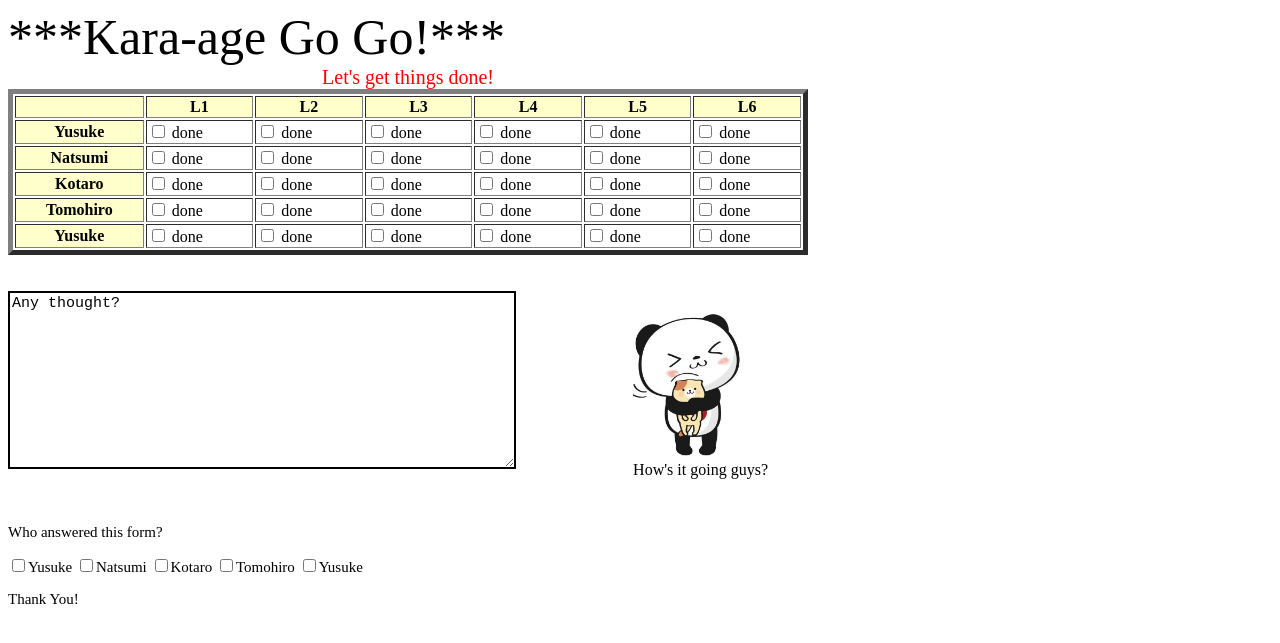
Repository: natsumi-hironaka/micropostsnatsu
Page: tutorials/practice1.html
The author's editor kept a record of every edit. The page is drawn from the files as they stood at one moment, then again after the next edit.
The browser window is 1280 px wide. The pictures show the whole page.

Above is the page before.

### tutorials/practice1.html
<!DOCTYPE html>
<html lang="ja">
    <header>
        ***Kara-age Go Go!***
    </header>
    <body>
    <table border="5">
        <caption>
            Let's get things done!
        </caption>
        <link rel="stylesheet" href="practice.css">
        <tr>
            <th>&nbsp</th>
            <th>L1</th>
            <th>L2</th>
            <th>L3</th>
            <th>L4</th>
            <th>L5</th>
            <th>L6</th>
        </tr>
        <tr>
            <th>Yusuke</th>
            <td><input type="checkbox" value"done"> done </td>
            <td><input type="checkbox" value"done"> done </td>
            <td><input type="checkbox" value"done"> done </td>
            <td><input type="checkbox" value"done"> done </td>
            <td><input type="checkbox" value"done"> done </td>
            <td><input type="checkbox" value"done"> done </td>
        </tr>
        <tr>
            <th>Natsumi</th>
            <td><input type="checkbox" value"done"> done </td>
            <td><input type="checkbox" value"done"> done </td>
            <td><input type="checkbox" value"done"> done </td>
            <td><input type="checkbox" value"done"> done </td>
            <td><input type="checkbox" value"done"> done </td>
            <td><input type="checkbox" value"done"> done </td>

        </tr>
        <tr>
            <th>Kotaro</th>
            <td><input type="checkbox" value"done"> done </td>
            <td><input type="checkbox" value"done"> done </td>
            <td><input type="checkbox" value"done"> done </td>
            <td><input type="checkbox" value"done"> done </td>
            <td><input type="checkbox" value"done"> done </td>
            <td><input type="checkbox" value"done"> done </td>
        </tr>
        <tr>
            <th>Tomohiro</th>
            <td><input type="checkbox" value"done"> done </td>
            <td><input type="checkbox" value"done"> done </td>
            <td><input type="checkbox" value"done"> done </td>
            <td><input type="checkbox" value"done"> done </td>
            <td><input type="checkbox" value"done"> done </td>
            <td><input type="checkbox" value"done"> done </td>
        </tr>
        <tr>
            <th>Yusuke</th>
            <td><input type="checkbox" value"done"> done </td>
            <td><input type="checkbox" value"done"> done </td>
            <td><input type="checkbox" value"done"> done </td>
            <td><input type="checkbox" value"done"> done </td>
            <td><input type="checkbox" value"done"> done </td>
            <td><input type="checkbox" value"done"> done </td>
        </tr>
    </table>
        <br>
        <br>
    <textarea rows="10" cols="60"　border-style:double;>Any thought?</textarea>
    <figure>
        <img src="rakuten karaage.jpg" width=110px height=150px>
        <figcaption>How's it going guys?</figcaption>
    </figure>
        <br>
        <br>
        <br>
    <p>
        Who answered this form?
    </p>
    <p>
        <input type="checkbox">Yusuke
        <input type="checkbox">Natsumi
        <input type="checkbox">Kotaro
        <input type="checkbox">Tomohiro
        <input type="checkbox">Yusuke
    </p>
    <p>
        Thank You!
    </p>
    </body>

### tutorials/practice.css
@charset "UTF-8";

caption {
    color: red;
    font-size: 20px;
}

th {
    background-color: #ffffcc;
}

textarea {
    border: 2px black double;
}

figure {
    float: right;
}

textarea {
    font-size: 15px;
}

p {
    font-size: 15px;
}

body {
    width: 800px;
}

table {
    width: 800px;
}

textarea {
    width: 500px;
}

header {
    font-size: 50px;
    float: inherit;
}

After the next edit:
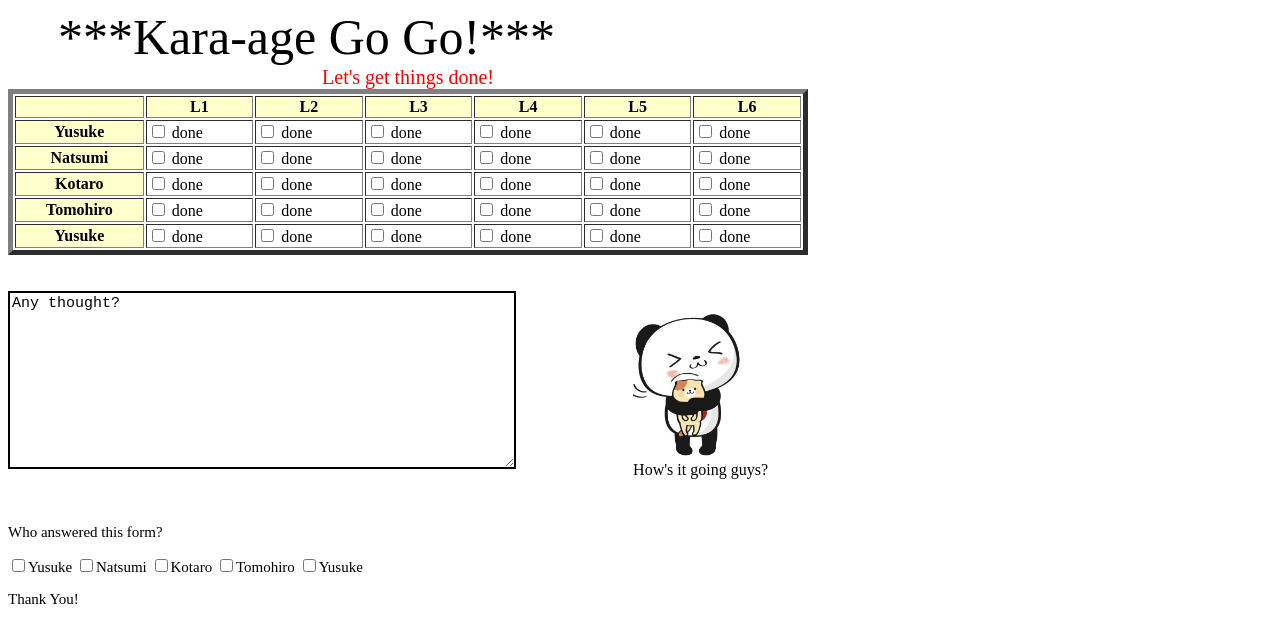
The edit:
--- a/tutorials/practice.css
+++ b/tutorials/practice.css
@@ -1,4 +1,10 @@
 @charset "UTF-8";
+
+header {
+    width:700px;
+    margin-right: auto;
+    margin-left : auto;
+}
 
 caption {
     color: red;

After the edit that followed:
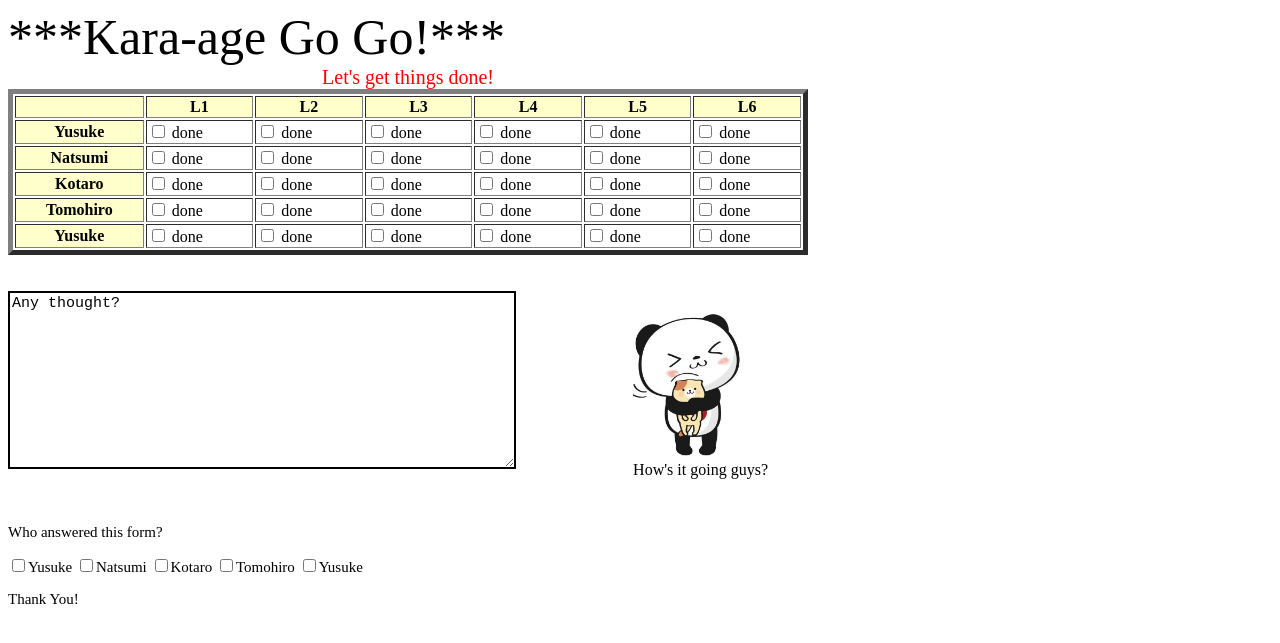
The edit:
--- a/tutorials/practice.css
+++ b/tutorials/practice.css
@@ -1,10 +1,5 @@
 @charset "UTF-8";
 
-header {
-    width:700px;
-    margin-right: auto;
-    margin-left : auto;
-}
 
 caption {
     color: red;
